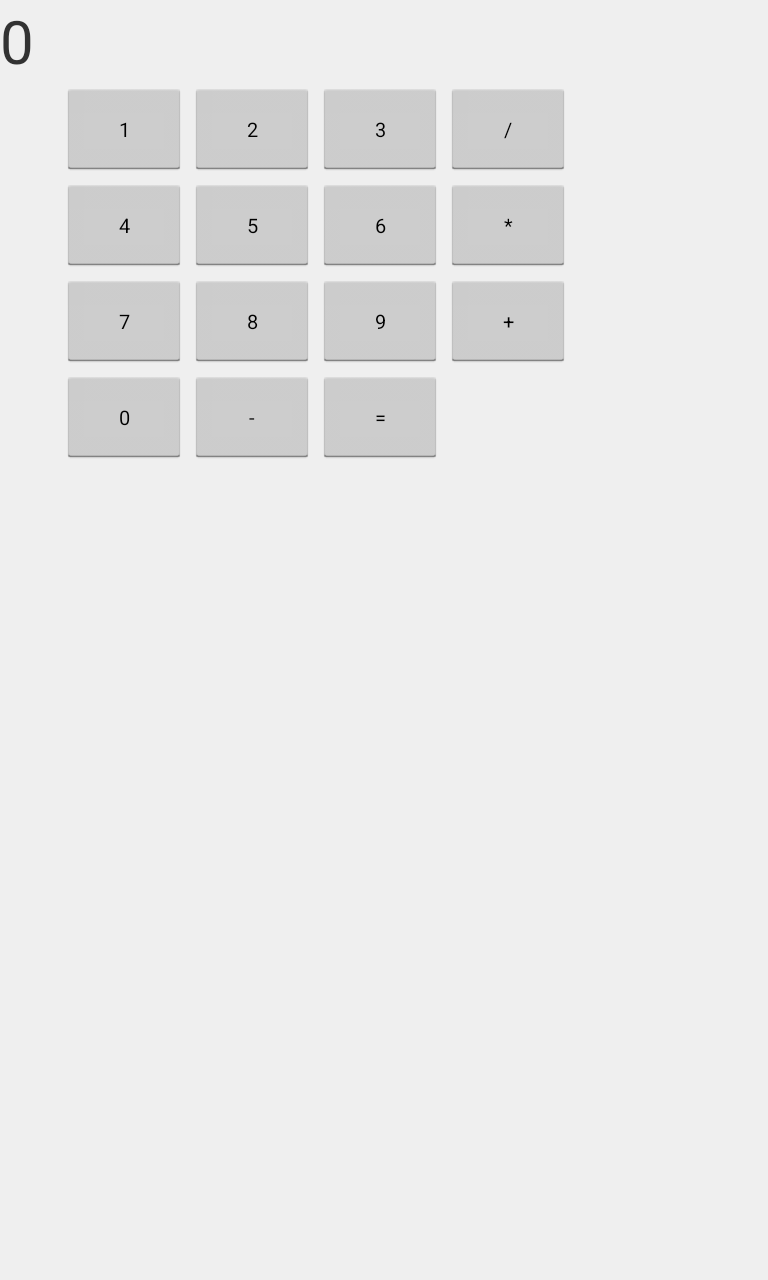
Repository: mariofer82/Calculadora
Layout: Aplicacion1/res/layout/activity_main.xml
An editor plug-in stored every save of this project. The layout is shown before and after the next save, followed by the edit.
It is drawn on a 768 x 1280 px phone screen (xhdpi) without system bars, with theme AppTheme; the app's code is not run.

Above is the layout before, as saved 2013-08-23 17:26:15.

After the next save:
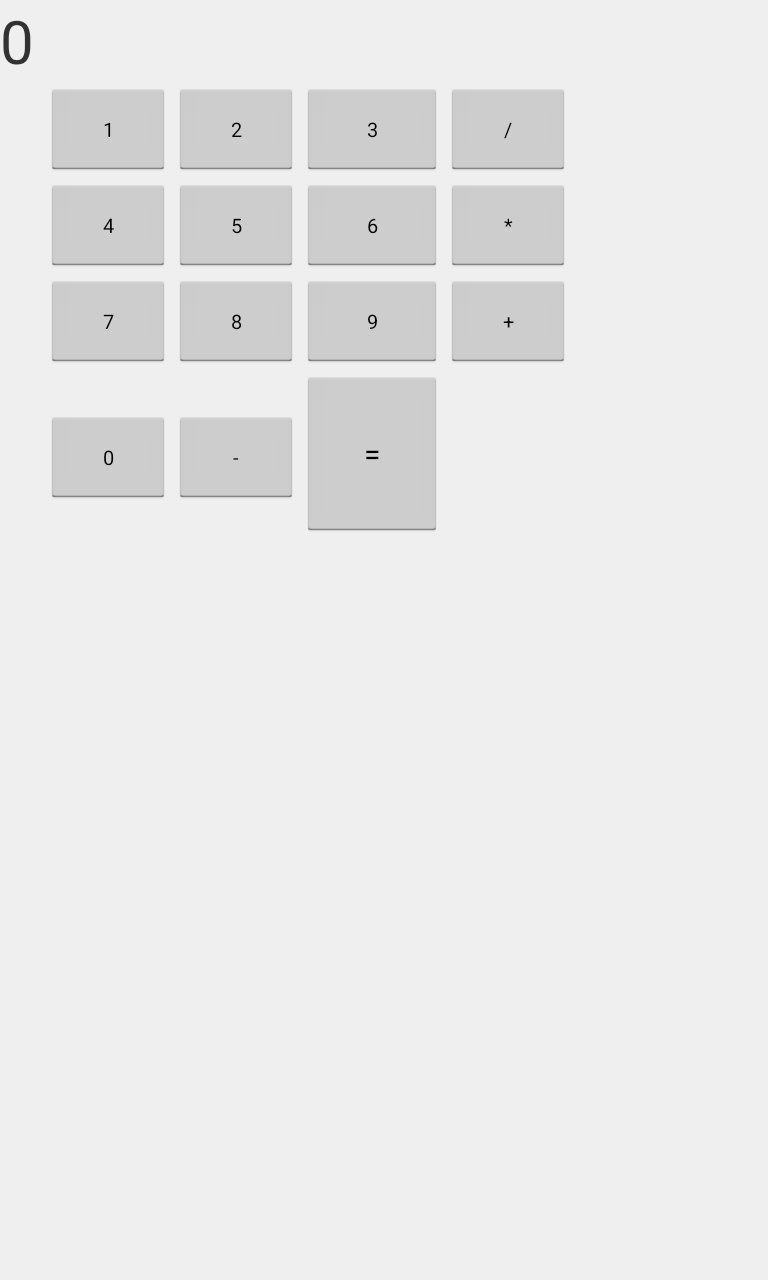
Saved 2 min 59 s later.
--- a/Aplicacion1/res/layout/activity_main.xml
+++ b/Aplicacion1/res/layout/activity_main.xml
@@ -182,17 +182,16 @@ android:text="0"
 </Button>
 
 <Button
-    android:id="@+id/Botonigual"
-    android:layout_width="wrap_content"
-    android:layout_height="wrap_content"
-    android:duplicateParentState="false"
-    android:longClickable="false"
-    android:minHeight="48dp"
-    android:minWidth="64dip"
-    android:padding="10dp"
-    android:text="="
-    android:textSize="10sp" />
-
+android:layout_column="4"
+android:id="@+id/Botonigual"
+android:layout_width="wrap_content"
+android:layout_height="wrap_content"
+android:text="="
+android:textSize="15dp"
+android:padding="32dp"
+>
+
+</Button>
 </TableRow>
 
 
